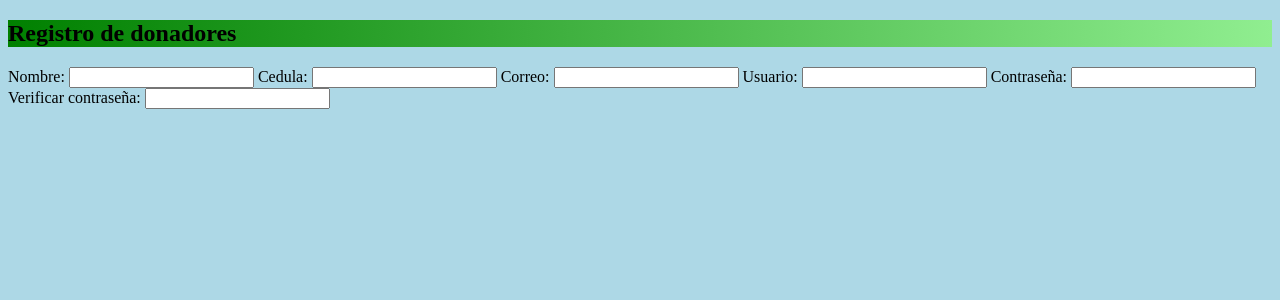
Repository: sonicspeed1/examen1_codigo_bryansantillan
Page: http://localhost/examen_1_bryan_santillan/registro_donadores.jsp
The author's editor kept a copy of each file at every save. The page is drawn from the files as they stood at one save, then again after the next save.
The browser window is 1280 px wide. The pictures show the whole page.
The page is served by Tomcat 9. Other server files are loaded and not shown.

Above is the page before, as saved 2024-05-25 17:37:06.

### examen_1_bryan_santillan/src/main/webapp/registro_donadores.jsp
<%@ page language="java" contentType="text/html; charset=UTF-8"
    pageEncoding="UTF-8"%>
<!DOCTYPE html>
<html>
<head>
<meta charset="UTF-8">
<title>Registro donadores</title>
<link href="estilo.css" rel="stylesheet"/>
</head>
<body class="cuerpo">
<h2 class="cuadro3">Registro de donadores</h2>
<label>Nombre: <input type="text" name="nombre"></label>
<label>Cedula: <input type="text" name="ci"></label>
<label>Correo: <input type="text" name="correo"></label>
<label>Usuario: <input type="text" name="us"></label>
<label>Contraseña: <input type="password" name="cont1"></label>
<label>Verificar contraseña: <input type="password" name="cont2"></label>
</body>
</html>

### examen_1_bryan_santillan/src/main/webapp/estilo.css
@charset "UTF-8";
.cuerpo{
	background-color: lightblue;
}
.cuadro{
	background-color:lightgreen;
	border: 1px solid green;
	display: block;

}
.cuadro2 {
    background-color: #b4aed0;
    border-radius: 5px;
    border: 1px solid purple;
    height: 400px;
    width: 400px;
}
.cuadro3{
	    background: linear-gradient(to right,green,lightgreen);
}
.titulo{
	color: white;
	transition: color 0.3s, text-shadow 0.3s;
	font-family: 'Comic Sans MS', cursive, sans-serif;
	 text-align: center;
}

.titulo:hover {
    color: blue;
    text-shadow: 2px 2px 5px rgba(0, 0, 0, 0.5);
}
.menu{
	list-style-type: none;
    padding: 0;
    background-color: #80ff80;
    border: 1px solid green;
    margin: 0 auto;
    }
.item {
    display: inline-block;
    position: relative;
}
.container {
    display: flex;
    justify-content: center;
    align-items: center;
    margin-top: 20px;
}
.titulo2{
	color: white;
	transition: color 0.3s, text-shadow 0.3s;
	font-family: 'Comic Sans MS', cursive, sans-serif;
	 text-align: center;
}

.titulo2:hover {
    color: red;
    text-shadow: 2px 2px 5px rgba(0, 0, 0, 0.5);
}
.item_login{
	   display: flex;
    justify-content: center;
    align-items: center;
    margin-bottom: 20px;
}
.button{
	background-color: purple;
	border-radius: 5px;
	color: white;
	padding: 10px 20px;
	margin: 15px;
	font-family: 'Comic Sans MS', cursive, sans-serif;
}
.hiper{
	margin-right: 25px;
}

After the next save:
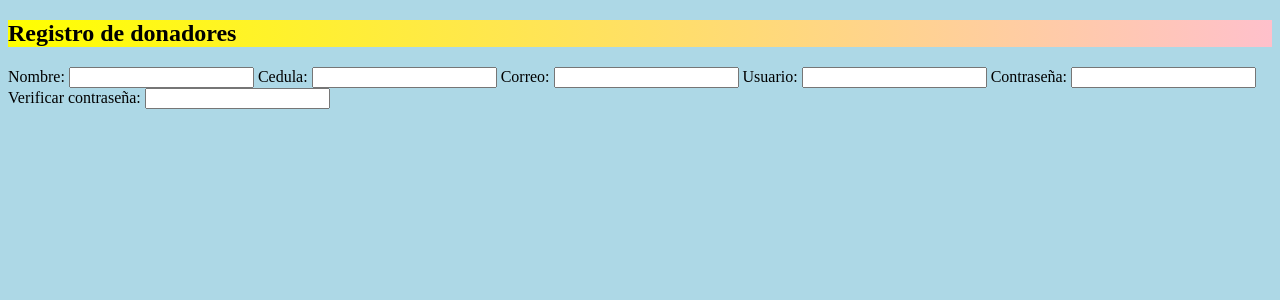
Saved 29 s later.
--- a/examen_1_bryan_santillan/src/main/webapp/estilo.css
+++ b/examen_1_bryan_santillan/src/main/webapp/estilo.css
@@ -16,7 +16,7 @@
     width: 400px;
 }
 .cuadro3{
-	    background: linear-gradient(to right,green,lightgreen);
+	    background: linear-gradient(to right,yellow,pink);
 }
 .titulo{
 	color: white;
